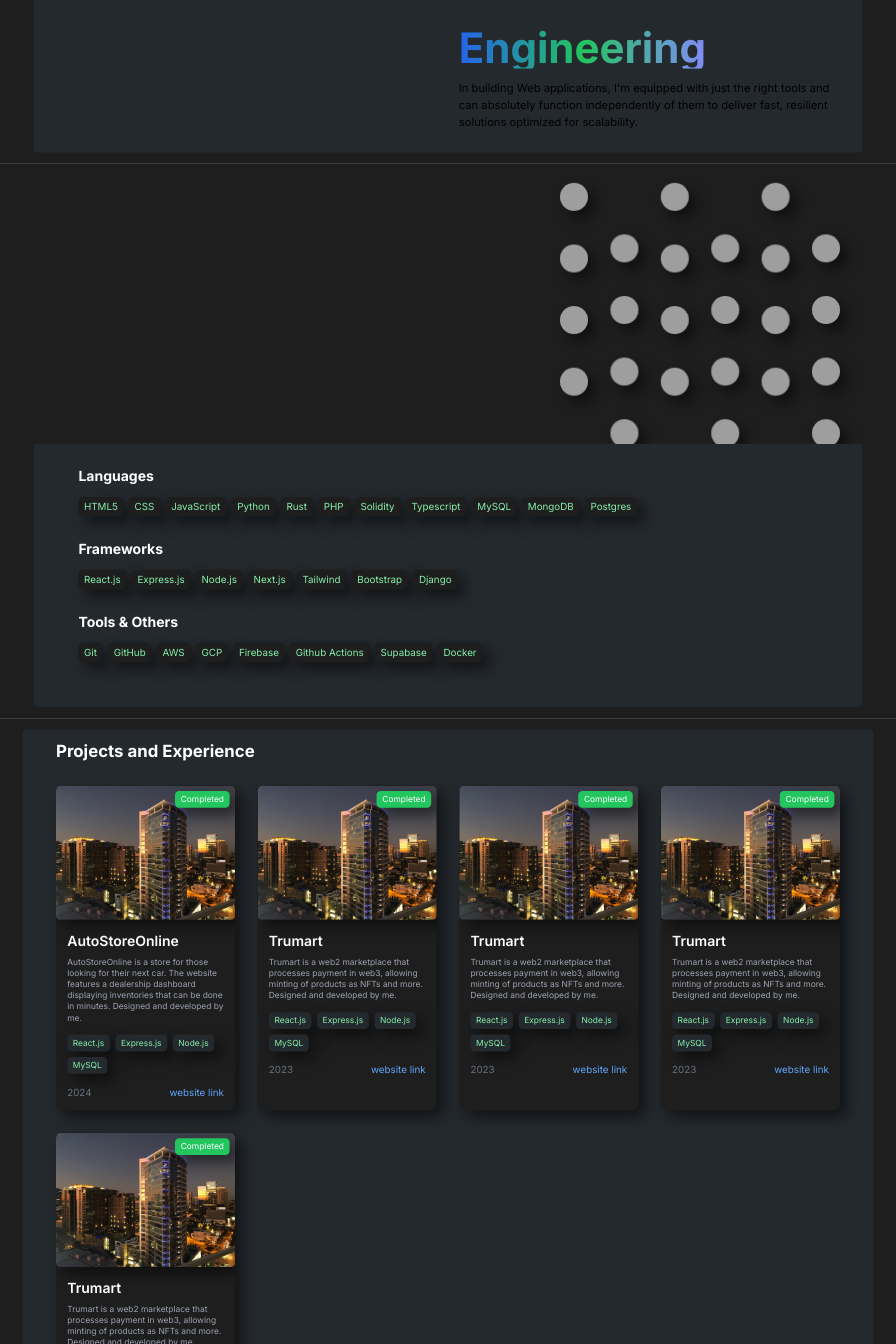
Repository: muhammedctgr/hammedctgr
Page: /
These files come from the project's save history. The page is drawn as it stood at one moment and after the next save; the edit follows.
The browser window is 1280 px wide. The pictures show the part of the page from y = 810 to 2730 px (the page is 2892 px tall before and 2616 px after), at 70% of full size.
Pictures or frames that could not be fetched are drawn as grey boxes. The project was rebuilt for these pictures with package versions that can differ from the ones it lists, and the page was loaded fresh each time. The framework's server and built-in components were replaced by stand-ins that run in the browser. Also part of the build but not shown: next.config.mjs.

Above is the page before, as saved 2024-08-12 22:06:25.

After the next save:
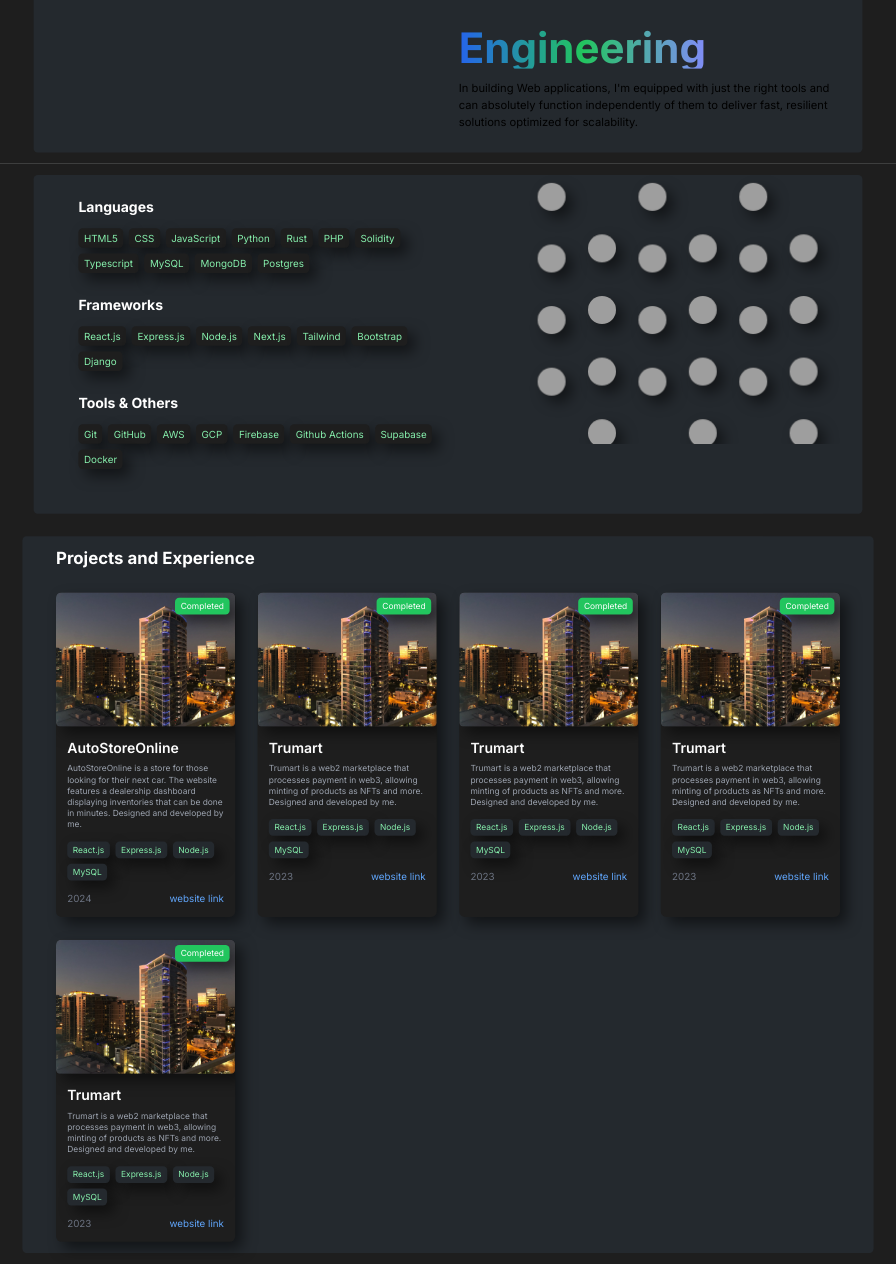
Saved 17 s later.
--- a/components/SkillsSection.tsx
+++ b/components/SkillsSection.tsx
@@ -61,6 +61,24 @@ const icons = [
 const SkillsSection: FC = () => {
   return (
   <section className="px-4 py-4 md:px-8 lg:px-12 bg-gptGray text-white">
+  <div className="container bg-githubGray rounded-md mx-auto flex flex-col md:flex-row items-start md:px-8">
+    <div className="flex-1 p-4 md:p-8">
+      {skills.map((category) => (
+        <div key={category.title} className="mb-8">
+          <h2 className="text-lg md:text-xl font-bold mb-4">{category.title}</h2>
+          <div className="flex flex-wrap gap-2">
+            {category.skills.map((skill) => (
+              <span
+                key={skill.name}
+                className={`px-2 py-1 rounded-md text-sm shadow-deep-all bg-gptGray text-green-300`}
+              >
+                {skill.name}
+              </span>
+            ))}
+          </div>
+        </div>
+      ))}
+    </div>
     <div className="flex-1 flex flex-col items-center md:items-end overflow-hidden">
       <div className="grid grid-cols-6 md:grid-cols-6 gap-8 p-4 md:p-8">
       <img src="https://cdn.jsdelivr.net/gh/devicons/devicon@latest/icons/html5/html5-original.svg" className="w-10 h-10 md:w-10 md:h-10 lg:w-10 lg:h-10 bg-gptGray rounded-3xl shadow-deep-all mt-4 animate-scroll-fast" />
@@ -89,24 +107,6 @@ const SkillsSection: FC = () => {
       <img src="https://cdn.jsdelivr.net/gh/devicons/devicon@latest/icons/githubactions/githubactions-original.svg" className="w-10 h-10 md:w-10 md:h-10 lg:w-10 lg:h-10 bg-gptGray rounded-3xl shadow-deep-all mt-4 animate-scroll-upfast" />
       </div>
     </div>
-  <div className="container bg-githubGray rounded-md mx-auto flex flex-col md:flex-row items-start md:px-8">
-    <div className="flex-1 p-4 md:p-8">
-      {skills.map((category) => (
-        <div key={category.title} className="mb-8">
-          <h2 className="text-lg md:text-xl font-bold mb-4">{category.title}</h2>
-          <div className="flex flex-wrap gap-2">
-            {category.skills.map((skill) => (
-              <span
-                key={skill.name}
-                className={`px-2 py-1 rounded-md text-sm shadow-deep-all bg-gptGray text-green-300`}
-              >
-                {skill.name}
-              </span>
-            ))}
-          </div>
-        </div>
-      ))}
-    </div>
   </div>
 </section>
   );
